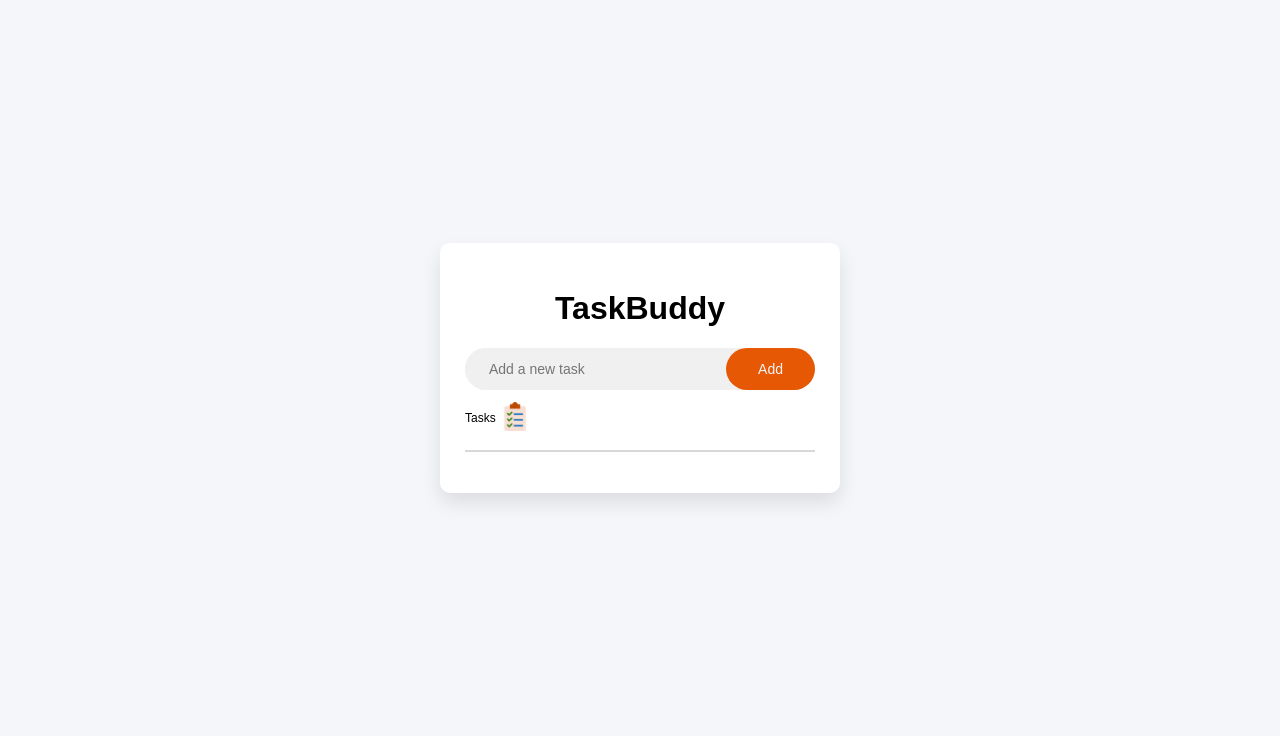
Repository: yogeshnandwani/taskbuddy-todo
Page: index.html
The author's editor kept a copy of each file at every save. The page is drawn from the files as they stood at one save, then again after a run of saves.
The browser window is 1280 px wide. The pictures show the whole page.

Above is the page before, as saved 2026-03-16 20:22:48.

### index.html
<!DOCTYPE html>
<html lang="en">
<head>
<meta charset="UTF-8">
<title>TaskBuddy</title>
<link rel="stylesheet" href="css/style.css">
</head>

<body>

<div class="app">

<h1>TaskBuddy</h1>

<div class="task-input">
<input type="text" id="taskInput" placeholder="Add a new task">
<button id="addBtn">Add</button>
</div>

<h3 class="task-heading">Tasks <span>
    <img src="images/tasks.png" alt="">
</span></h3>
<ul id="taskList">
</ul>

</div>

<script src="js/script.js"></script>

</body>
</html>

### css/style.css
body{
    font-family: Arial, sans-serif;
    background:#f4f6f9;
    display:flex;
    justify-content:center;
    align-items:center;
    height:100vh;
}

.app{
    background:white;
    padding:25px;
    border-radius:10px;
    width:350px;
    box-shadow:0 10px 20px rgba(0,0,0,0.1);
}

h1{
    text-align:center;
}

.task-input{
    display:flex;
    border-radius: 50px;
    background-color: #f0f0f0;
}

input{
    flex:1;
    padding:8px;
    border: none;
    border-radius: 50px;
    padding: 0.8rem 1.5rem;
    background-color: #f0f0f0;
    font-size: 14px;
}

input:focus{
    outline: none;
}

#addBtn{
    padding:0.8rem 2rem;
    border: none;
    border-radius: 50px;
    background-color: #e75805;
    color: #f4f6f9;
    cursor:pointer;
    font-size: 14px;
}

ul{
    display: flex;
    padding: 0;
    flex-direction: column;
    justify-content: center;
    align-items: center;
    border-top: 1px solid #00000027;
    border-bottom: 1px solid #00000027;
}

.task-heading{
    align-self: flex-start;
    font-weight: 500;
    margin-bottom: 5px;
    color: #000;
    display: flex;
    align-items: center;
    font-size: 12px;
    gap: 5px;
}

.task-heading span{
    width: 16px;
}

.task-heading span img{
    width: 1.8rem;
    height: auto;
    object-fit: contain;
}

li{
    display: flex;
    align-items: center;
    padding: 12px 0;
    justify-content: space-between;
    width: 100%;
    display:flex;
    justify-content:space-between;
    color: #333;
}

li:not(:last-child){
    border-bottom: 1px solid #00000027;
}

li .delete {
    width: 1.5rem;
    height: 1.5rem;
    border: none;
    background-color: transparent;
    display: flex;
    align-items: center;
    justify-content: center;
    cursor: pointer;
    border-radius: 50%;
}

li .delete img {
    width: 1.5rem;
    height: auto;
    object-fit: contain;
    border-radius: 50%;
    filter: saturate(0);
    transition: all 0.1s ease-in;
}

li .delete:hover img{
    filter: saturate(1);
}

### js/script.js
const input = document.getElementById("taskInput")
const addBtn = document.getElementById("addBtn")
const list = document.getElementById("taskList")
let tasks = JSON.parse(localStorage.getItem("tasks")) || []

addBtn.addEventListener("click", addTask)

function addTask() {
    const taskText = input.value.trim()

    if (taskText === "") return

    tasks.push(taskText)

    saveTasks()

    input.value = ""
}

function saveTasks(){
    localStorage.setItem("tasks", JSON.stringify(tasks))
    renderTasks()
}

function renderTasks(){
    list.innerHTML = ""

    tasks.forEach(task => {

        const li = document.createElement("li")

        li.innerHTML = `
        <span>${task}</span>
        <button class="delete">
            <img src="images/delete.png" alt="Delete icon">
        </button>
        `

        list.appendChild(li)
    })
}

list.addEventListener("click", function(e){
    const deleteBtn = e.target.closest(".delete")

    if(deleteBtn){

        const index = [...list.children].indexOf(deleteBtn.parentElement)

        tasks.splice(index,1)

        saveTasks()
    }
})

renderTasks()

After the next 3 saves:
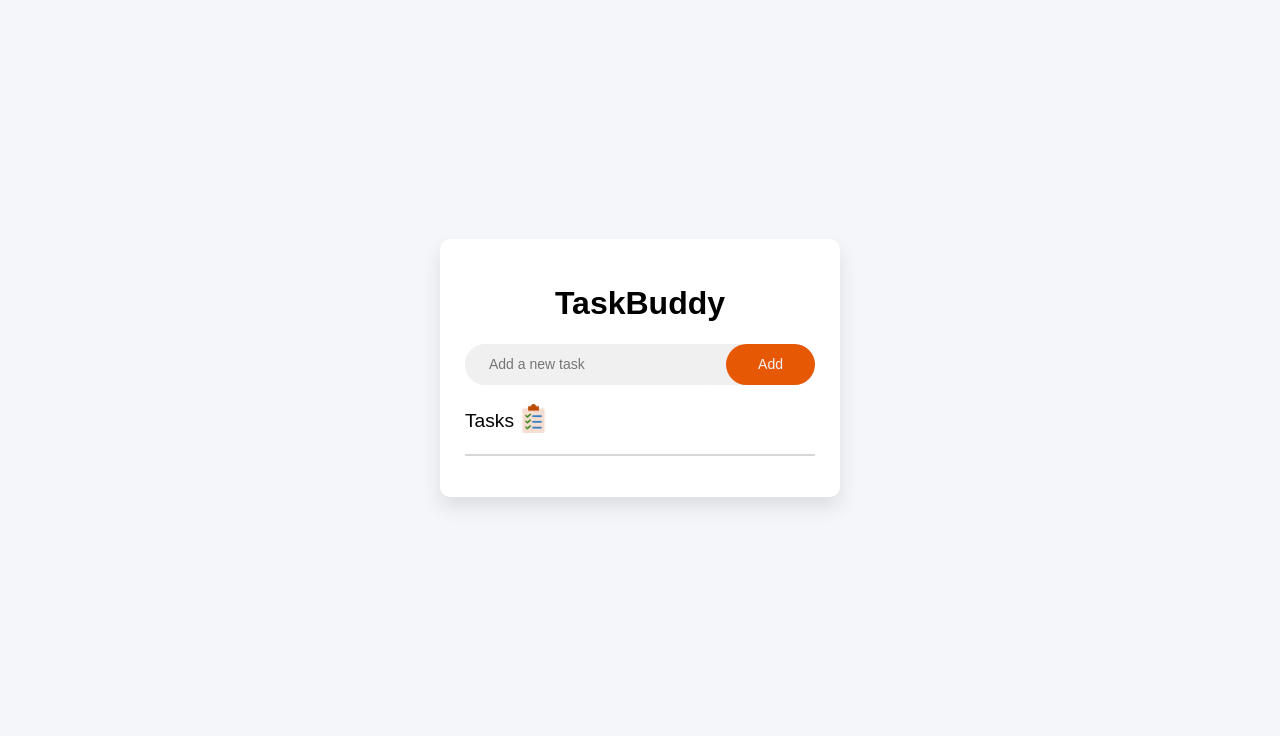
The 3 saves are shown as one change because they came seconds apart.
The last was saved 9 s later.
--- a/css/style.css
+++ b/css/style.css
@@ -66,7 +66,7 @@ ul{
     color: #000;
     display: flex;
     align-items: center;
-    font-size: 12px;
+    font-size: 1.2rem;
     gap: 5px;
 }
 
